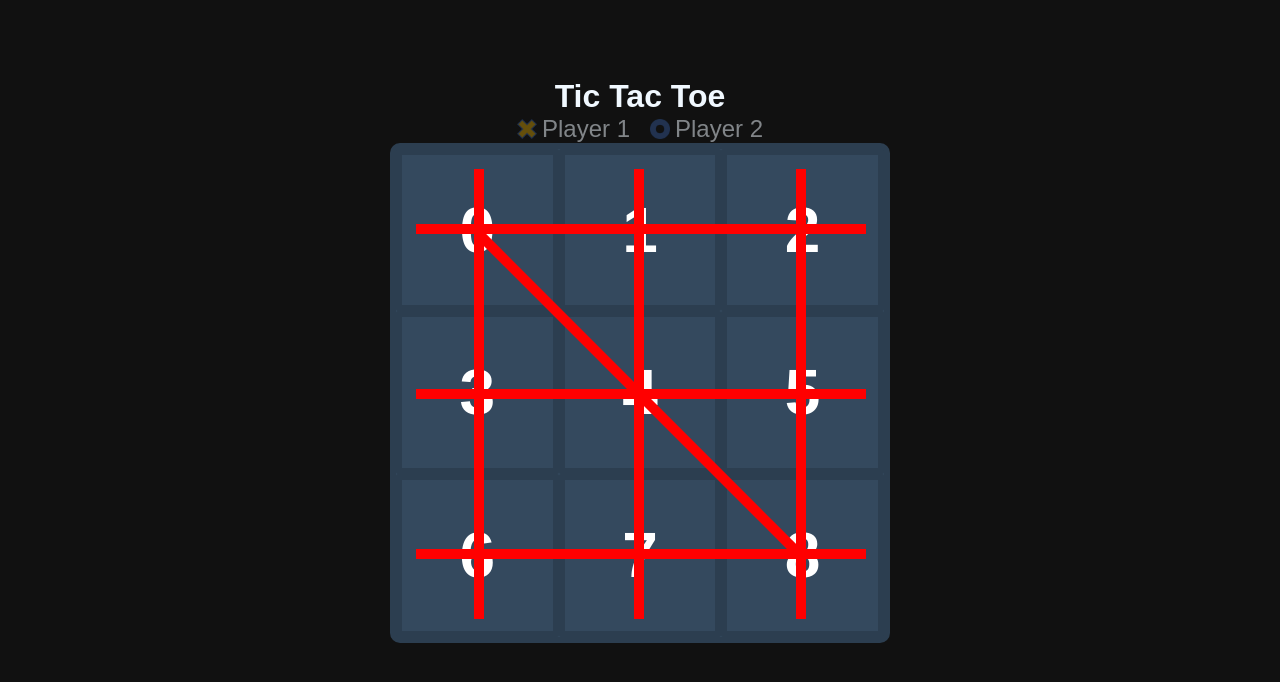
Repository: richardlieknis/tictactoe
Page: index.html
The author's editor kept a copy of each file at every save. The page is drawn from the files as they stood at one save, then again after the next save.
The browser window is 1280 px wide. The pictures show the whole page.

Above is the page before, as saved 2022-12-08 14:36:37.

### index.html
<!DOCTYPE html>
<html lang="en">

<head>
    <meta charset="UTF-8" />
    <meta http-equiv="X-UA-Compatible" content="IE=edge" />
    <meta name="viewport" content="width=device-width, initial-scale=1.0" />
    <title>TicTacToe</title>
    <link rel="stylesheet" href="css/style.css" />
    <link rel="stylesheet" href="css/mobile.css" />

    <script src="main.js"></script>
</head>

<body>
    <div class="maincontainer">
        <h1>Tic Tac Toe</h1>
        <div class="players">
            <div id="player1" class="inactive">
                <img src="src/img/cross.png" /> Player 1
            </div>
            <div id="player2" class="inactive">
                <img src="src/img/circle.png" /> Player 2
            </div>
        </div>
        <div class="gameField">
            <div class="box" id="0" onclick="playerPlace(0)">0</div>
            <div class="box" id="1" onclick="playerPlace(1)">1</div>
            <div class="box" id="2" onclick="playerPlace(2)">2</div>
            <div class="box" id="3" onclick="playerPlace(3)">3</div>
            <div class="box" id="4" onclick="playerPlace(4)">4</div>
            <div class="box" id="5" onclick="playerPlace(5)">5</div>
            <div class="box" id="6" onclick="playerPlace(6)">6</div>
            <div class="box" id="7" onclick="playerPlace(7)">7</div>
            <div class="box" id="8" onclick="playerPlace(8)">8</div>
            <div class="lines">
                <div class="line" style="top: 75px; left: 20px"></div>
                <div class="line" style="top: 240px; left: 20px"></div>
                <div class="line" style="top: 400px; left: 20px"></div>
                <div class="line" style="top: 240px; right: 180px; transform: rotate(90deg)"></div>
                <div class="line" style="top: 240px; right: 20px; transform: rotate(90deg)"></div>
                <div class="line" style="top: 240px; left: 180px; transform: rotate(90deg)"></div>
                <div class="line" style="top: 240px; right: 20px; transform: rotate(45deg)"></div>
                <div class="line" style="top: 75px; left: 20px"></div>
            </div>
        </div>
    </div>
</body>

</html>

### css/style.css
* {
    margin: 0;
    padding: 0;
    box-sizing: border-box;
}

body {
    font-family: sans-serif;
    color: aliceblue;
    background-color: #111;
}

.players {
    display: flex;
    align-items: center;
    justify-content: center;
    gap: 20px;
}

#player1,
#player2 {
    display: flex;
    align-items: center;
    gap: 5px;
    font-size: 24px;
}

.inactive {
    opacity: 0.5;
}

.players img {
    width: 20px;
}

.maincontainer {
    display: flex;
    justify-content: center;
    align-items: center;
    flex-direction: column;
    height: 100vh;
}

.gameField {
    position: relative;
    width: 500px;
    height: 500px;
    margin: 0 auto;
    background-color: #34495e;
    color: #fff;
    border: 6px solid #2c3e50;
    border-radius: 10px;
    display: grid;
    grid-template: repeat(3, 1fr) / repeat(3, 1fr);
}

.box {
    border: 6px solid #2c3e50;
    border-radius: 2px;
    font-family: Helvetica;
    font-weight: bold;
    font-size: 4em;
    display: flex;
    justify-content: center;
    align-items: center;
    cursor: pointer;
}

.box:hover {
    background-color: #416080;
}

.line {
    position: absolute;
    width: 450px;
    height: 10px;
    background-color: #f00;
}

### main.js
const circle = document.getElementById('circle');
const cross = document.getElementById('cross');
const gameover = document.getElementById('gameover');

let fields = [0, 1, 2, 3, 4, 5, 6, 7, 8];
let currentPlayer = 'cross';
let win = false;

let winFields = [
    [0, 1, 2],
    [3, 4, 5],
    [6, 7, 8],
    [0, 3, 6],
    [1, 4, 7],
    [2, 5, 8],
    [0, 4, 8],
    [2, 4, 6]
]

function playerPlace(id) {
    let fieldHtml = document.getElementById(id);
    if (fields[id] < 9 && !win) {
        if (currentPlayer === 'circle') {
            fields[id] = 'circle';
            fieldHtml.innerHTML = `<img src="src/img/circle.png">`;
            checkWin();
            currentPlayer = 'cross';
            document.getElementById('player1').classList.remove('inactive');
            document.getElementById('player2').classList.add('inactive');
        } else if (currentPlayer === 'cross') {
            fields[id] = 'cross';
            fieldHtml.innerHTML = `<img src="src/img/cross.png">`;
            checkWin();
            currentPlayer = 'circle';
            document.getElementById('player2').classList.remove('inactive');
            document.getElementById('player1').classList.add('inactive');
        }
    }
}

function checkWin() {
    for (let i = 0; i < winFields.length; i++) {
        if (fields[winFields[i][0]] === fields[winFields[i][1]] &&
            fields[winFields[i][1]] === fields[winFields[i][2]]) {
            console.log("GEWONNEN:", currentPlayer);
            win = true;
        }
    }

}

function resetGame() {
    win = false;
    for (let i = 0; i < 9; i++) {
        let fieldHtml = document.getElementById(i);
        fields = [0, 1, 2, 3, 4, 5, 6, 7, 8];
        fieldHtml.innerHTML = "";
    }
}

Loaded but not shown: css/mobile.css (no stored copy; drawn as an empty file)

After the next save:
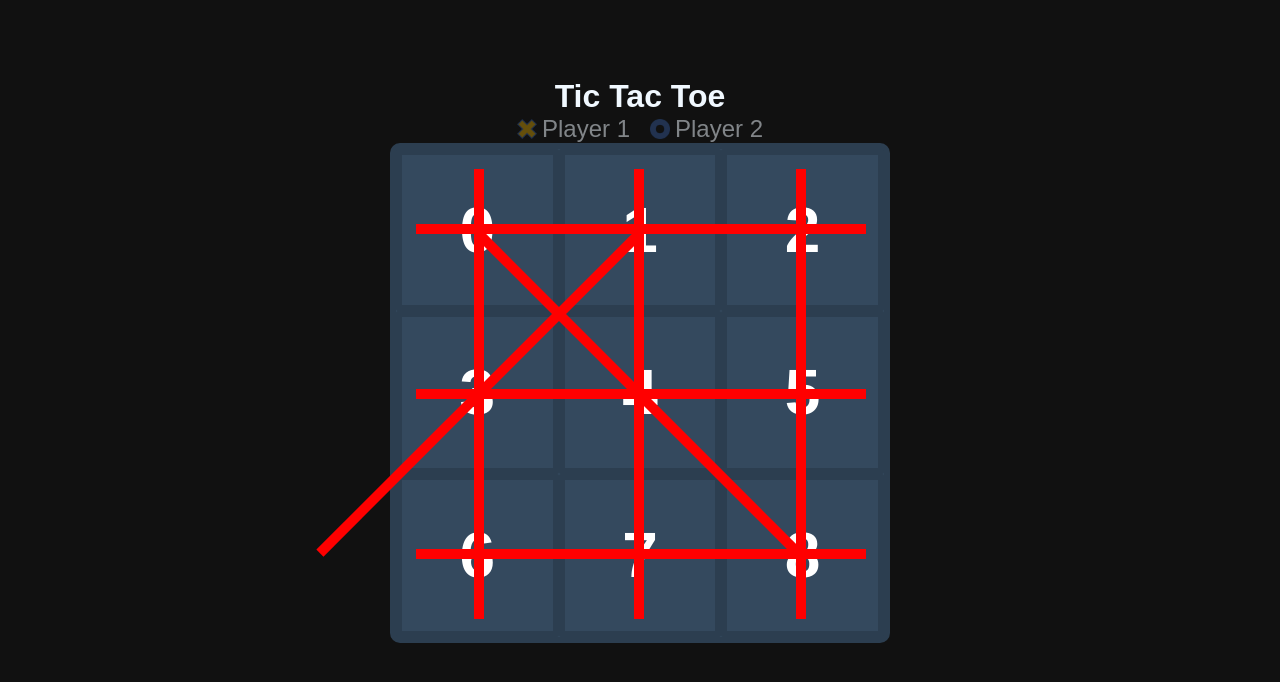
Saved 18 s later.
--- a/index.html
+++ b/index.html
@@ -41,7 +41,7 @@
                 <div class="line" style="top: 240px; right: 20px; transform: rotate(90deg)"></div>
                 <div class="line" style="top: 240px; left: 180px; transform: rotate(90deg)"></div>
                 <div class="line" style="top: 240px; right: 20px; transform: rotate(45deg)"></div>
-                <div class="line" style="top: 75px; left: 20px"></div>
+                <div class="line" style="top: 240px; right: 180px; transform: rotate(-45deg)"></div>
             </div>
         </div>
     </div>
